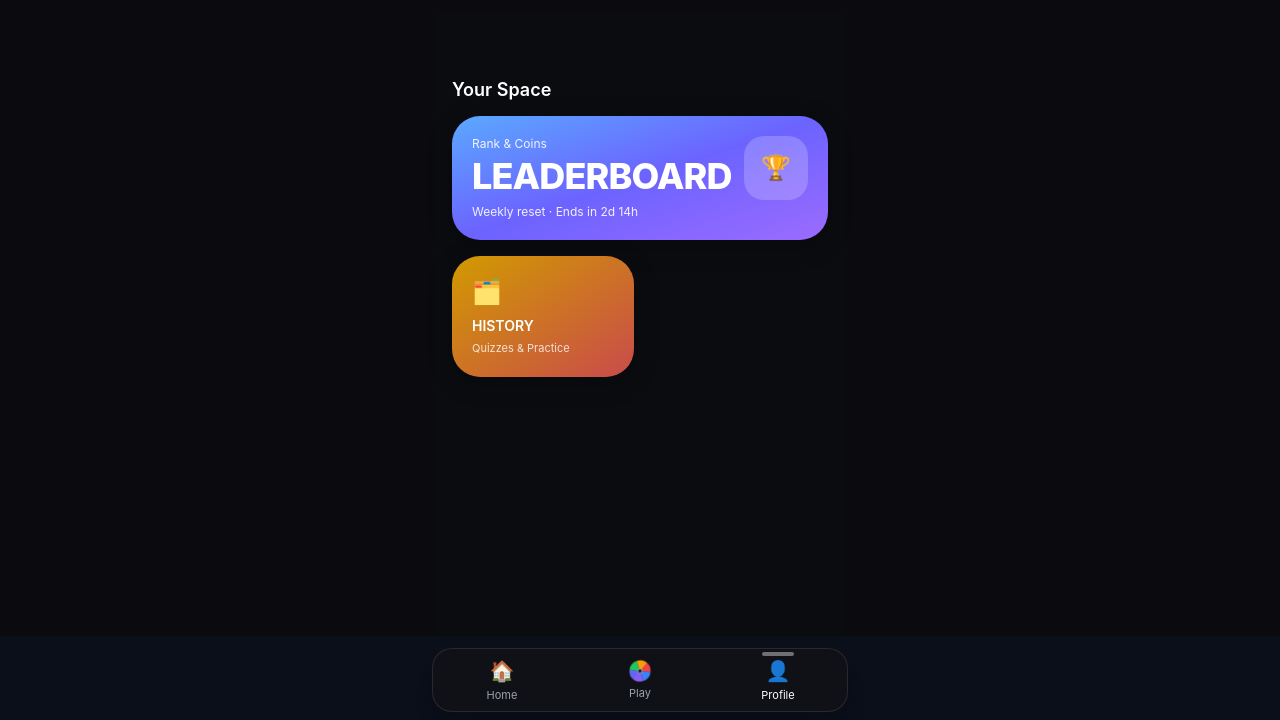
Repository: nirmaldas07/quizify-app
Page: /profile
The author's editor kept a copy of each file at every save. The page is drawn from the files as they stood at one save, then again after the next save.
The browser window is 1280 px wide. The pictures show the whole page.
The project was rebuilt for these pictures with package versions that can differ from the ones it lists, and the page was loaded fresh each time. Also part of the build but not shown: src/components/ConfirmStartSheet.jsx, src/components/CoinFly.jsx, src/components/Home.jsx, src/components/Play.jsx, src/components/Quiz.jsx, src/components/PartySpin.jsx, src/components/Profile/Screen.jsx, src/components/Profile/Leaderboard.jsx and 1 more.

Above is the page before, as saved 2025-08-25 14:32:40.

After the next save:
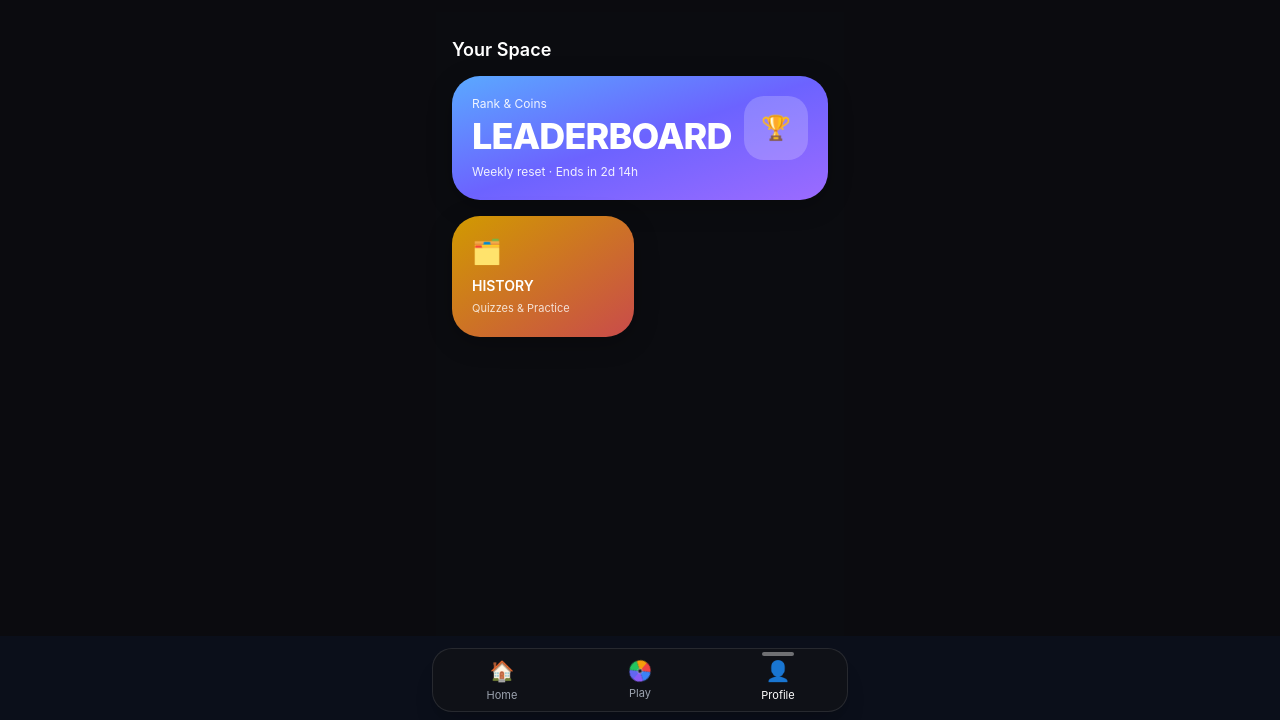
Saved 35 s later.
--- a/src/components/Profile/ProfileHome.jsx
+++ b/src/components/Profile/ProfileHome.jsx
@@ -9,7 +9,7 @@ export default function ProfileHome() {
 
 
   return (
-    <div className="min-h-full bg-[#0B0C10] text-white px-4 pt-16">
+    <div className="min-h-full bg-[#0B0C10] text-white px-4 pt-6">
       <h1 className="text-lg font-semibold mb-3">Your Space</h1>
 
       {/* HERO → Leaderboard */}
